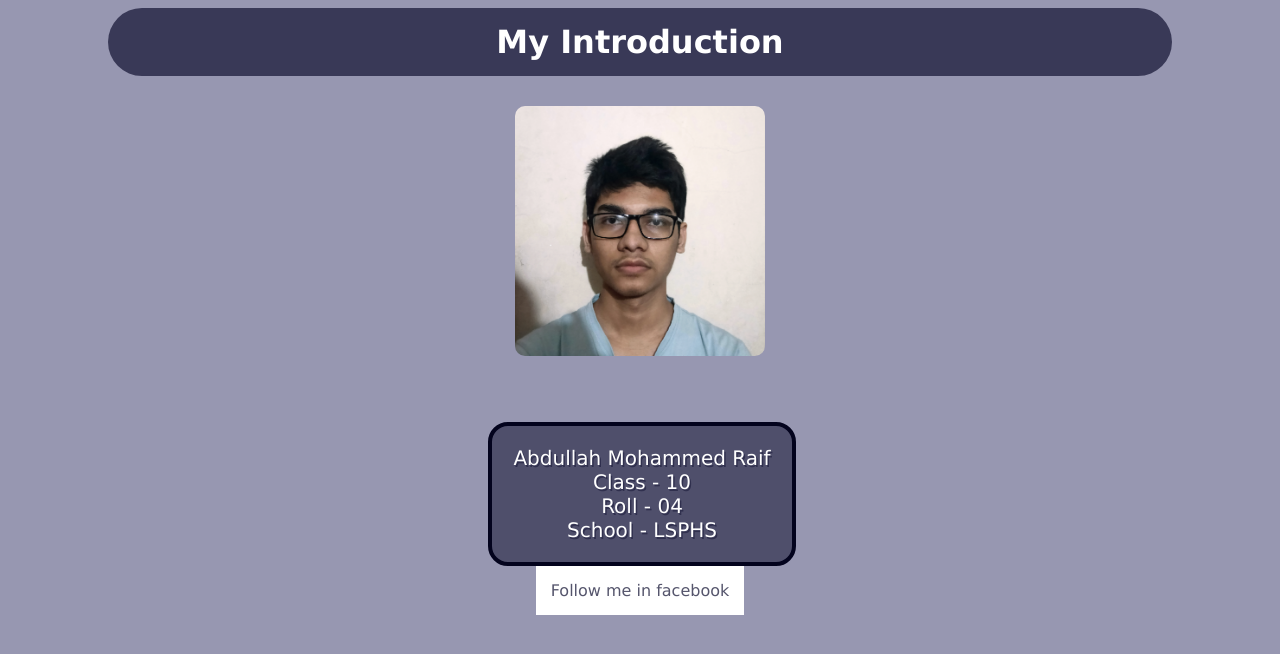
Repository: Raif-007/Portfolio
Page: index.html
These files come from the project's save history. The page is drawn as it stood at one moment and after the next save; the edit follows.
The browser window is 1280 px wide. The pictures show the whole page.

Above is the page before, as saved 2021-07-05 17:33:30.

### index.html
<!DOCTYPE html>
<html lang="en">

<head>
    <meta charset="UTF-8">
    <meta http-equiv="X-UA-Compatible" content="IE=edge">
    <meta name="viewport" content="width=device-width, initial-scale=1.0">
    <title>Portfolio</title>
    <link rel="stylesheet" href="styles.css">
</head>

<body>

    <h1>
        My Introduction
    </h1>

    <img id="i01" src="final pic.jpg" alt="raif">


    <div>

        <p>
            Abdullah Mohammed Raif
            <br> Class - 10
            <br> Roll - 04
            <br> School - LSPHS

        </p>


    </div>


    <a href="https://www.facebook.com/raif.chy.58">Follow me in facebook</a>

</body>

</html>

### styles.css
            body {
                background-color: rgba(54, 54, 105, 0.514);
                color: #ffffff;
                font-family: Verdana, Geneva, Tahoma, sans-serif;
                text-align: center;
            }

            h1 {
                background-color: rgba(25, 25, 56, 0.74);
                padding: 15px;
                margin: 0px 100px;
                border-radius: 50px;
            }

            #i01 {
                width: 250px;
                height: 250px;
                margin-top: 30px;
                border-radius: 10px;
                margin-bottom: 12px;
            }

            div {
                font-size: 20px;
                border: 4px solid rgb(3, 3, 29);
                width: 300px;
                margin-left: 480px;
                margin-top: 50px;
                background-color: rgba(25, 25, 56, 0.568);
                border-radius: 20px;
                text-shadow: 1.5px 1.5px rgba(25, 25, 56, 0.568);
                margin-bottom: 15px;
            }

            a:link {
                background-color: #ffffff;
                color: rgba(25, 25, 56, 0.74);
                text-decoration: none;
                padding: 15px;
            }

            a:hover {}

            a:visited {}

            a:active {}

After the next save:
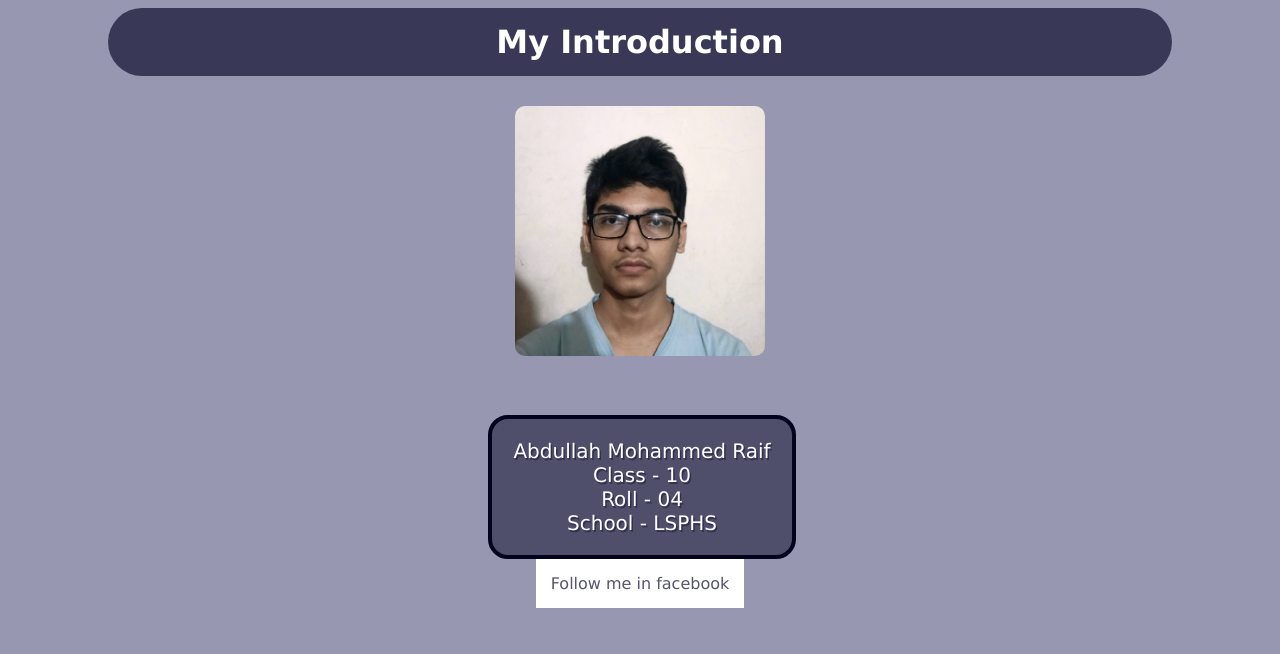
Saved 13 s later.
--- a/styles.css
+++ b/styles.css
@@ -17,7 +17,7 @@
                 height: 250px;
                 margin-top: 30px;
                 border-radius: 10px;
-                margin-bottom: 12px;
+                margin-bottom: 5px;
             }
 
             div {
